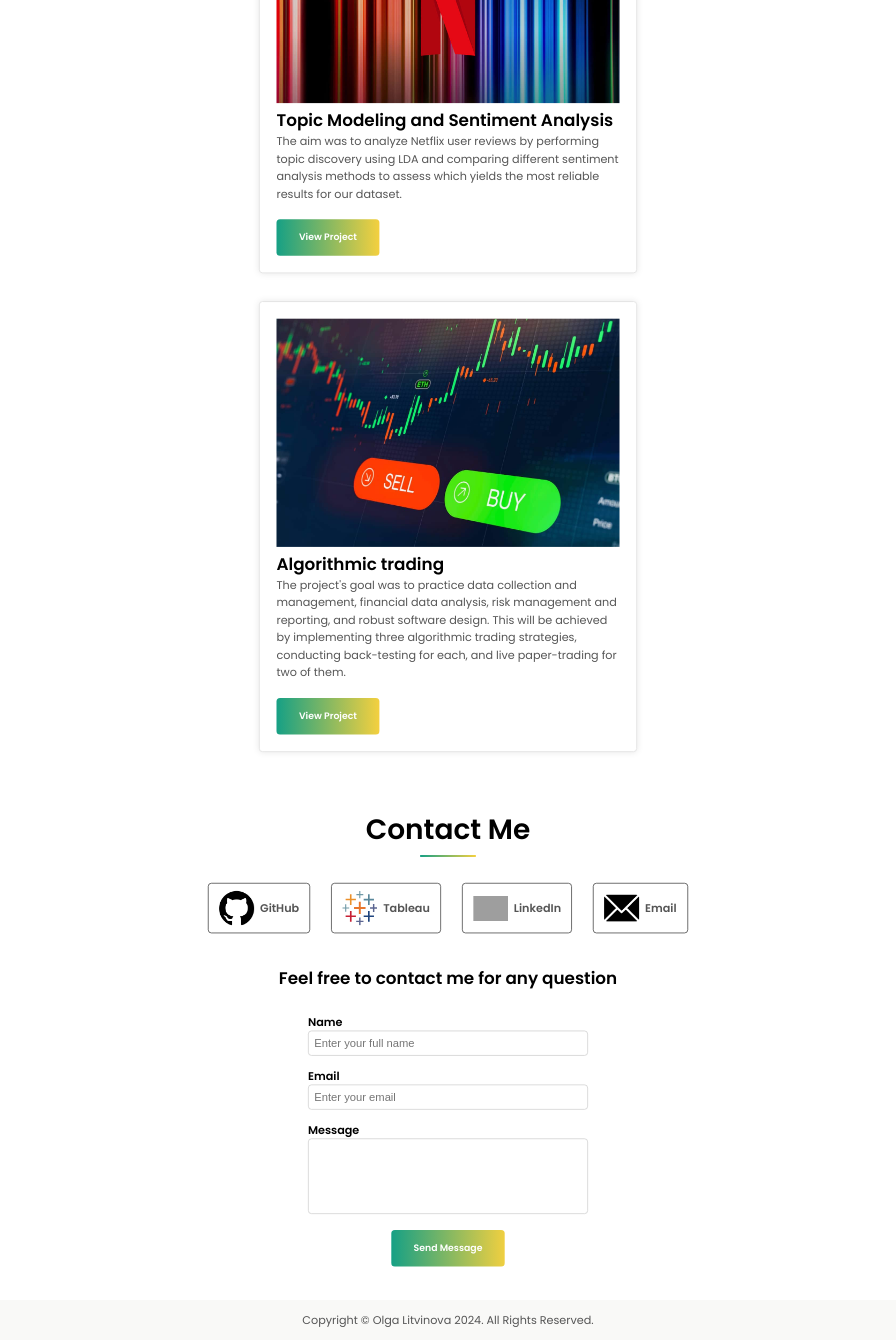
Repository: OlgaKuzminichna/CV
Page: index.html
The author's editor kept a copy of each file at every save. The page is drawn from the files as they stood at one save, then again after the next save.
The browser window is 1280 px wide. The pictures show the part of the page from y = 3015 to 4935 px (the page is 4935 px tall before and 4910 px after), at 70% of full size.
Pictures or frames that could not be fetched are drawn as grey boxes.

Above is the page before, as saved 2024-11-25 00:45:34.

After the next save:
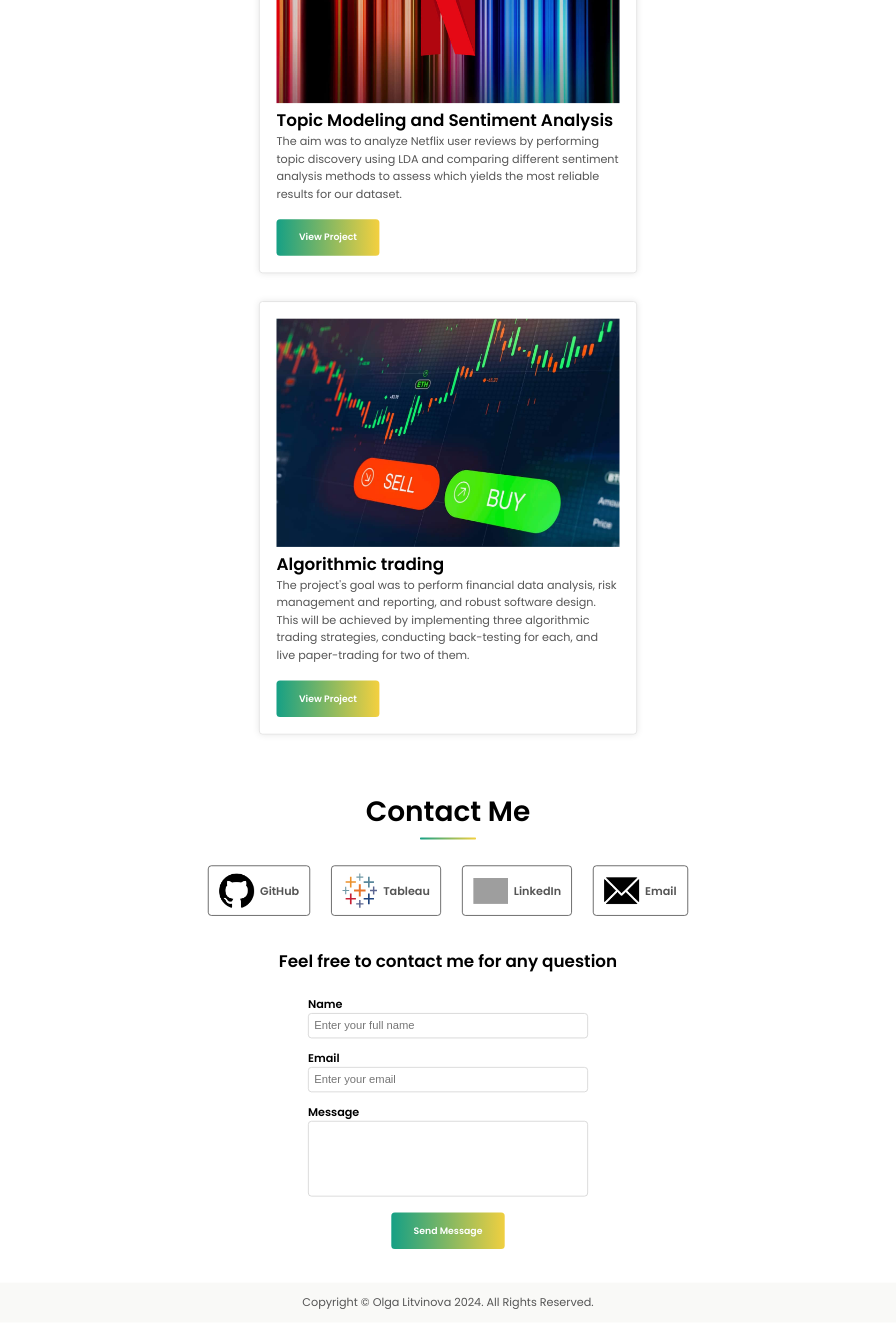
Saved 13 s later.
--- a/index.html
+++ b/index.html
@@ -187,7 +187,7 @@
                 <div class="project-detail-card">
                     <img src="./images/trading.jpg" class="project-image"/>
                     <h2 class="project-title">Algorithmic trading</h2>
-                    <p>The project's goal was to practice data collection and management, financial data analysis, risk management and reporting, and robust software design. This will be achieved by implementing three algorithmic trading strategies, conducting back-testing for each, and live paper-trading for two of them.</p>
+                    <p>The project's goal was to perform financial data analysis, risk management and reporting, and robust software design. This will be achieved by implementing three algorithmic trading strategies, conducting back-testing for each, and live paper-trading for two of them.</p>
                     <div class="button-group">
                         <button class="main-btn project-btn"
                         onclick="location.href='https://github.com/OlgaKuzminichna/10.AlgorithmicTrading/blob/main/README.md'">View Project</button>
